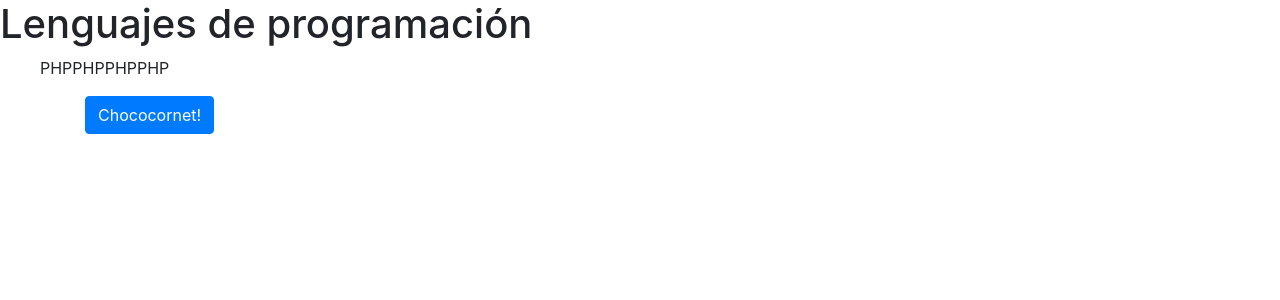
Repository: gitmadacode/practica_javascript
Page: Inicio/index.html
The author's editor kept a copy of each file at every save. The page is drawn from the files as they stood at one save, then again after the next save.
The browser window is 1280 px wide. The pictures show the whole page.

Above is the page before, as saved 2019-09-08 20:34:17.

### Inicio/index.html
<!DOCTYPE html>
<html lang="en">
    <script type ="text/javascript" src="js/arrays.js"></script>  <!---para llamar al archivo JS-->
    <link href="node_modules/sweetalert2/dist/sweetalert2.css" rel="stylesheet"/>
    <link rel="stylesheet" href="https://stackpath.bootstrapcdn.com/bootstrap/4.3.1/css/bootstrap.min.css" integrity="sha384-ggOyR0iXCbMQv3Xipma34MD+dH/1fQ784/j6cY/iJTQUOhcWr7x9JvoRxT2MZw1T" crossorigin="anonymous">
    <script src="https://code.jquery.com/jquery-3.3.1.slim.min.js" integrity="sha384-q8i/X+965DzO0rT7abK41JStQIAqVgRVzpbzo5smXKp4YfRvH+8abtTE1Pi6jizo" crossorigin="anonymous"></script>
<script src="https://cdnjs.cloudflare.com/ajax/libs/popper.js/1.14.7/umd/popper.min.js" integrity="sha384-UO2eT0CpHqdSJQ6hJty5KVphtPhzWj9WO1clHTMGa3JDZwrnQq4sF86dIHNDz0W1" crossorigin="anonymous"></script>
<script src="https://stackpath.bootstrapcdn.com/bootstrap/4.3.1/js/bootstrap.min.js" integrity="sha384-JjSmVgyd0p3pXB1rRibZUAYoIIy6OrQ6VrjIEaFf/nJGzIxFDsf4x0xIM+B07jRM" crossorigin="anonymous"></script>
<head>
    <meta charset="UTF-8">
    <meta name="viewport" content="width=device-width, initial-scale=1.0">
    <meta http-equiv="X-UA-Compatible" content="ie=edge">
    <title>Documento</title>
</head>
<body>
    <div class="container">

        <button onclick="prueba()" type="button" class="btn btn-primary">Chococornet!</button>
    </div>

    <script src="node_modules/sweetalert2/dist/sweetalert2.all.min.js"></script>

   </body>
</html>

### Inicio/js/arrays.js

//Arrays, arreglos, matrices

var nombre = "sebastian"
var nombres = ["sebastian","victor","pedro","juan",52,true];

var lenguajes = new Array("PHP","JS","GO","JAVA");

/*
var elemento = parseInt(prompt("Que elemento del array quieres?",0));
if (elemento >=nombres.length) {

    alert("Introduce el numero correcto menor que " + nombres.length);
} else {
    alert("El usuario  seleccionado es "+nombres[elemento]);
}*/

document.write("<h1>Lenguajes de programación</h1>");
document.write("<ul>");
for (var i = 0 ; i<lenguajes.length ; i++ ) {
    document.write(lenguajes[0]);
}
document.write("</ul>")

Loaded but not shown: Inicio/node_modules/sweetalert2/dist/sweetalert2.css (library); Inicio/node_modules/sweetalert2/dist/sweetalert2.all.min.js (library)

After the next save:
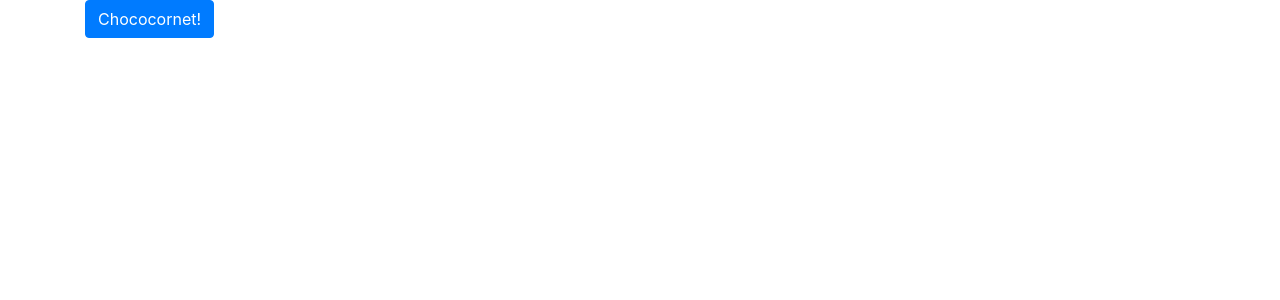
Console error: SyntaxError: missing ) after argument list
Saved 42 s later.
--- a/Inicio/js/arrays.js
+++ b/Inicio/js/arrays.js
@@ -18,6 +18,6 @@
 document.write("<h1>Lenguajes de programación</h1>");
 document.write("<ul>");
 for (var i = 0 ; i<lenguajes.length ; i++ ) {
-    document.write(lenguajes[0]);
+    document.write("<li>"lenguajes[0]"</li>");
 }
-document.write("</ul>")
+document.write("</ul>");

After the save that followed:
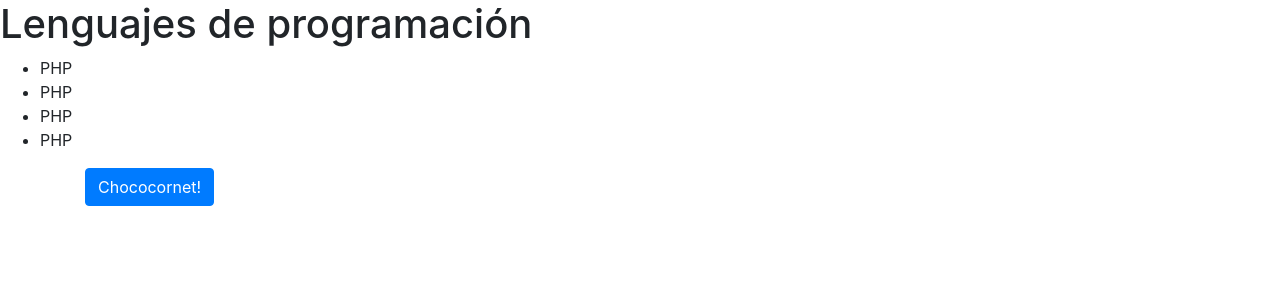
The error is gone.
Saved 6 s later.
--- a/Inicio/js/arrays.js
+++ b/Inicio/js/arrays.js
@@ -18,6 +18,6 @@
 document.write("<h1>Lenguajes de programación</h1>");
 document.write("<ul>");
 for (var i = 0 ; i<lenguajes.length ; i++ ) {
-    document.write("<li>"lenguajes[0]"</li>");
+    document.write("<li>"+lenguajes[0]+"</li>");
 }
 document.write("</ul>");
